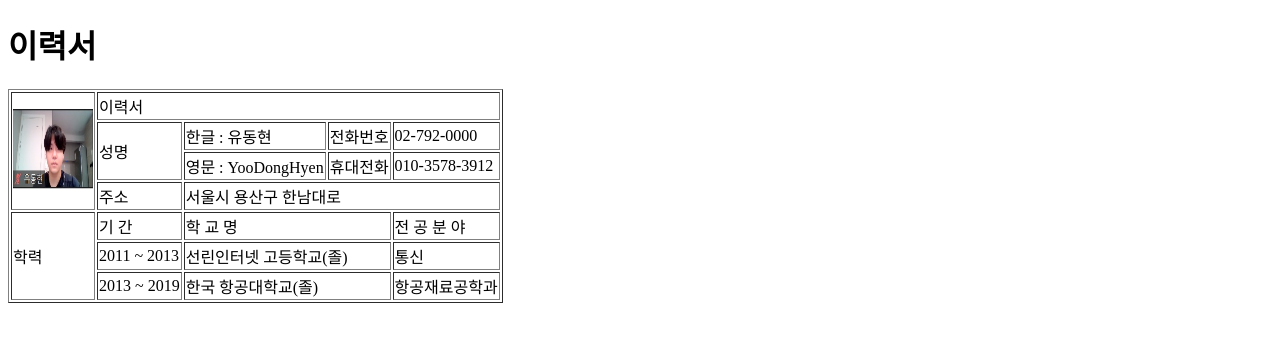
Repository: DongHyenYoo/DongHyen
Page: JdbcStudy/HTMLTEST/WebContent/resume.html
These files come from the project's save history. The page is drawn as it stood at one moment and after the next save; the edit follows.
The browser window is 1280 px wide. The pictures show the whole page.

Above is the page before, as saved 2022-09-23 08:22:36.

After the next save:
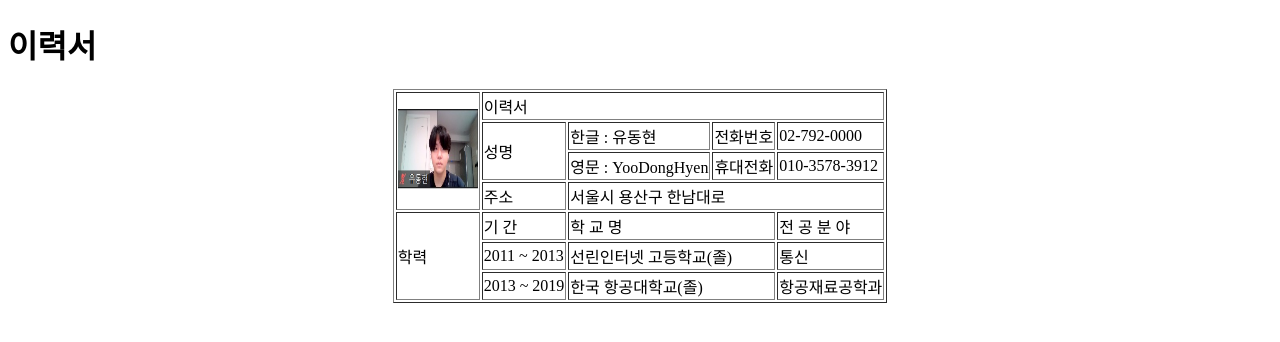
Saved 2 min 28 s later.
--- a/JdbcStudy/HTMLTEST/WebContent/resume.html
+++ b/JdbcStudy/HTMLTEST/WebContent/resume.html
@@ -6,7 +6,7 @@
 </head>
 <body>
 <h1>이력서</h1>
-<table border="1">
+<table border="1" align = "center">
 <tr>
 <td rowspan="4"><img src="Test.jpg" width = "80" height="80" alt="테스트"></td> <td colspan="4">이력서</td>
 </tr>
